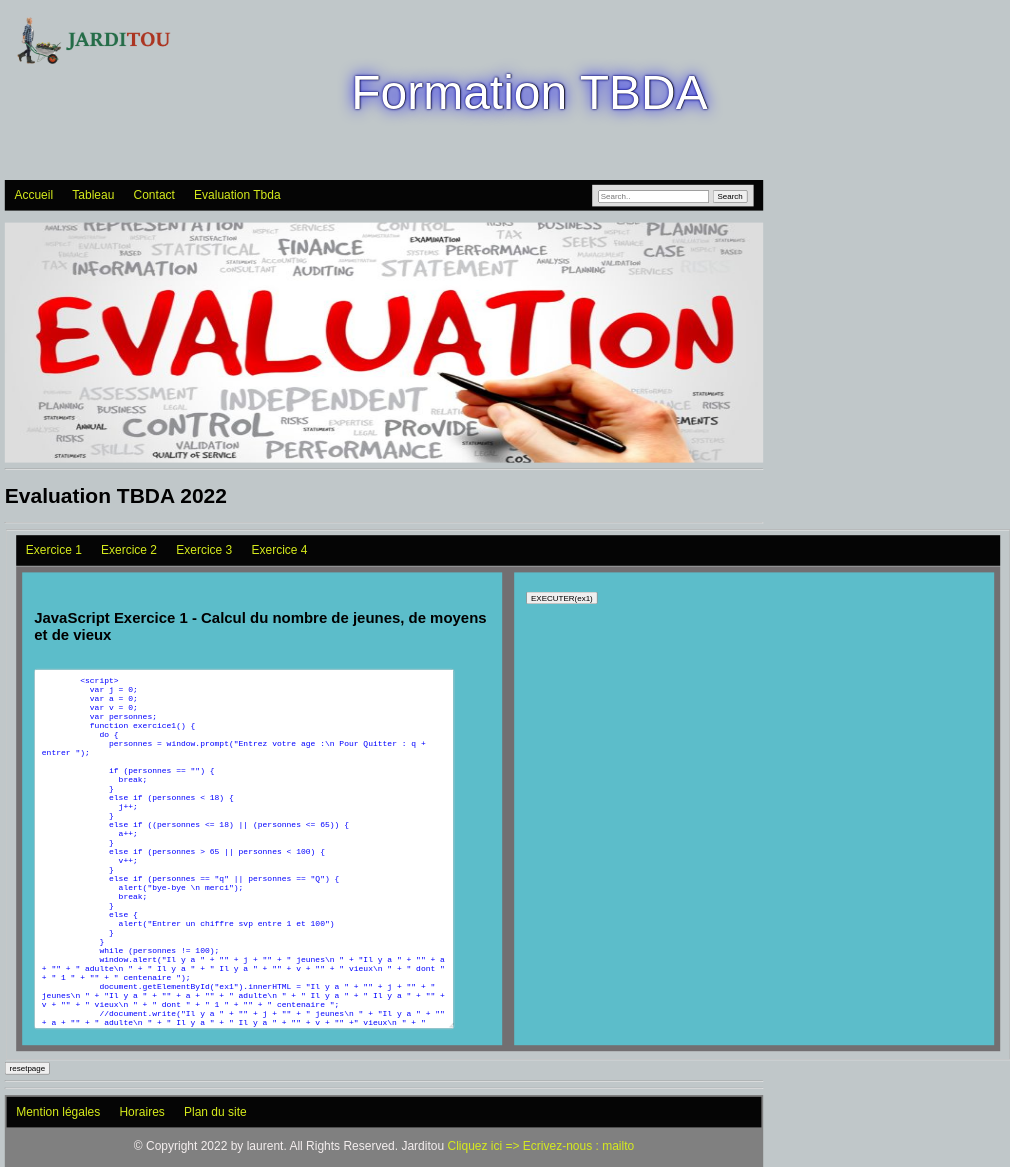
Repository: laurentbul/jarditou
Page: javascript/EvaluationTbda/eval_ex1.html
An editor plug-in stored every save of this project. The page is shown before and after the next save, followed by the edit.
The browser window is 1280 px wide. The page is 1684 px wide, so the pictures cover 1684 px, including what lies to the right of the window. The pictures show the whole page, at 60% of full size.
An inner scrolling area shows only its first screen.

Above is the page before, as saved 2022-12-15 03:21:06.

After the next save:
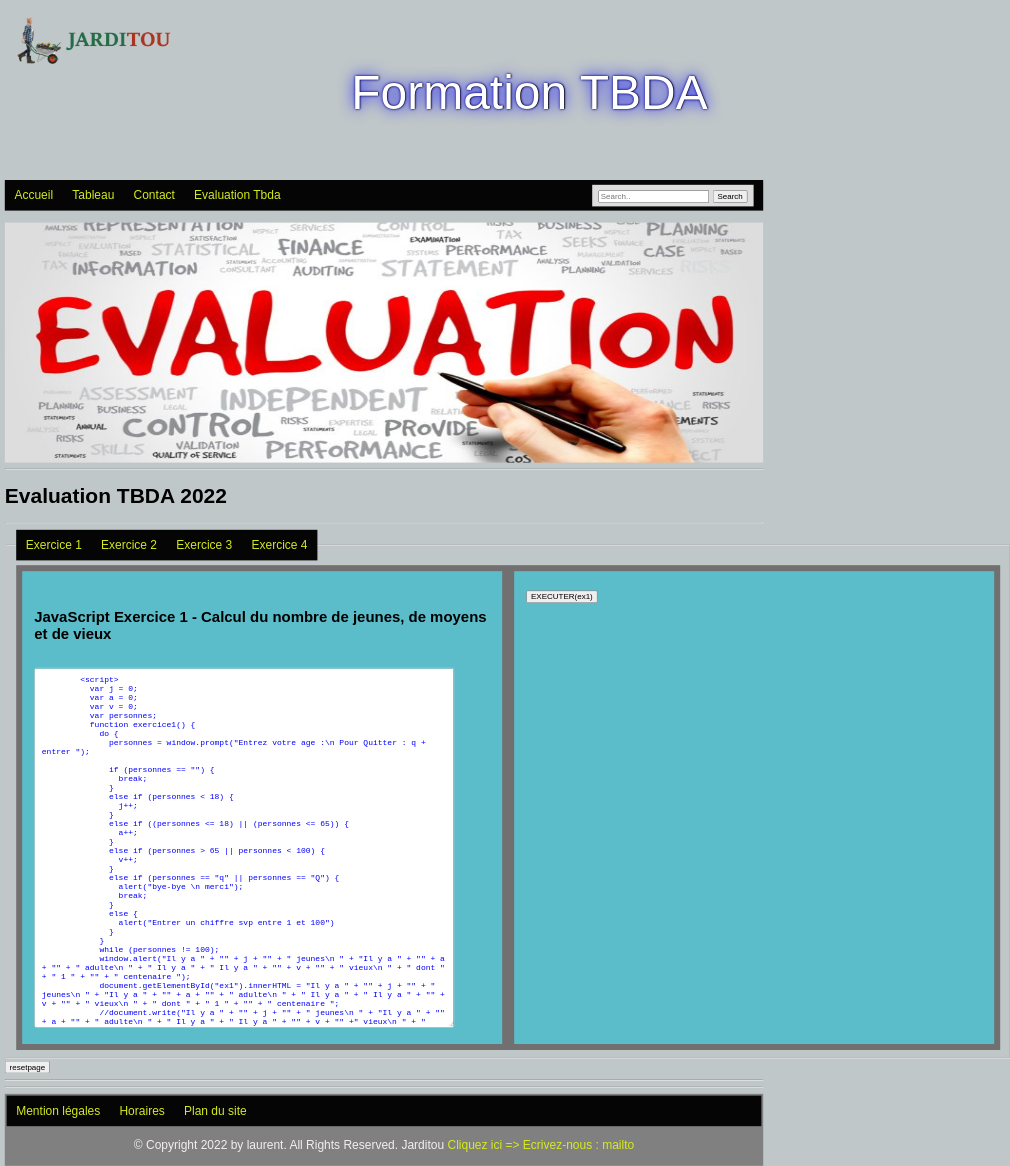
Saved 25 s later.
--- a/javascript/EvaluationTbda/eval_ex1.html
+++ b/javascript/EvaluationTbda/eval_ex1.html
@@ -54,17 +54,23 @@
     title="promotion jarditou" />
   <hr />
   <h1>Evaluation TBDA 2022</h1>
+
   <hr>
+
+
+
   <fieldset>
-      <nav style="padding:1px 0; font-size:20px;">
+    <legend style="padding:1px 0; font-size:20px;">
+      <nav>
         <ul>
           <li><a href="eval_ex1.html">Exercice 1 </a></li>
           <li><a href="eval_ex2.html">Exercice 2 </a></li>
           <li><a href="eval_ex3.html">Exercice 3</a></li>
           <li><a href="eval_ex4.html">Exercice 4</a></li>
-
+          </li>
         </ul>
       </nav>
+    </legend>
     <div class="flex-container2">
       <div id="code">
         <h5>JavaScript Exercice 1 - Calcul du nombre de jeunes, de moyens et de vieux</h5>
